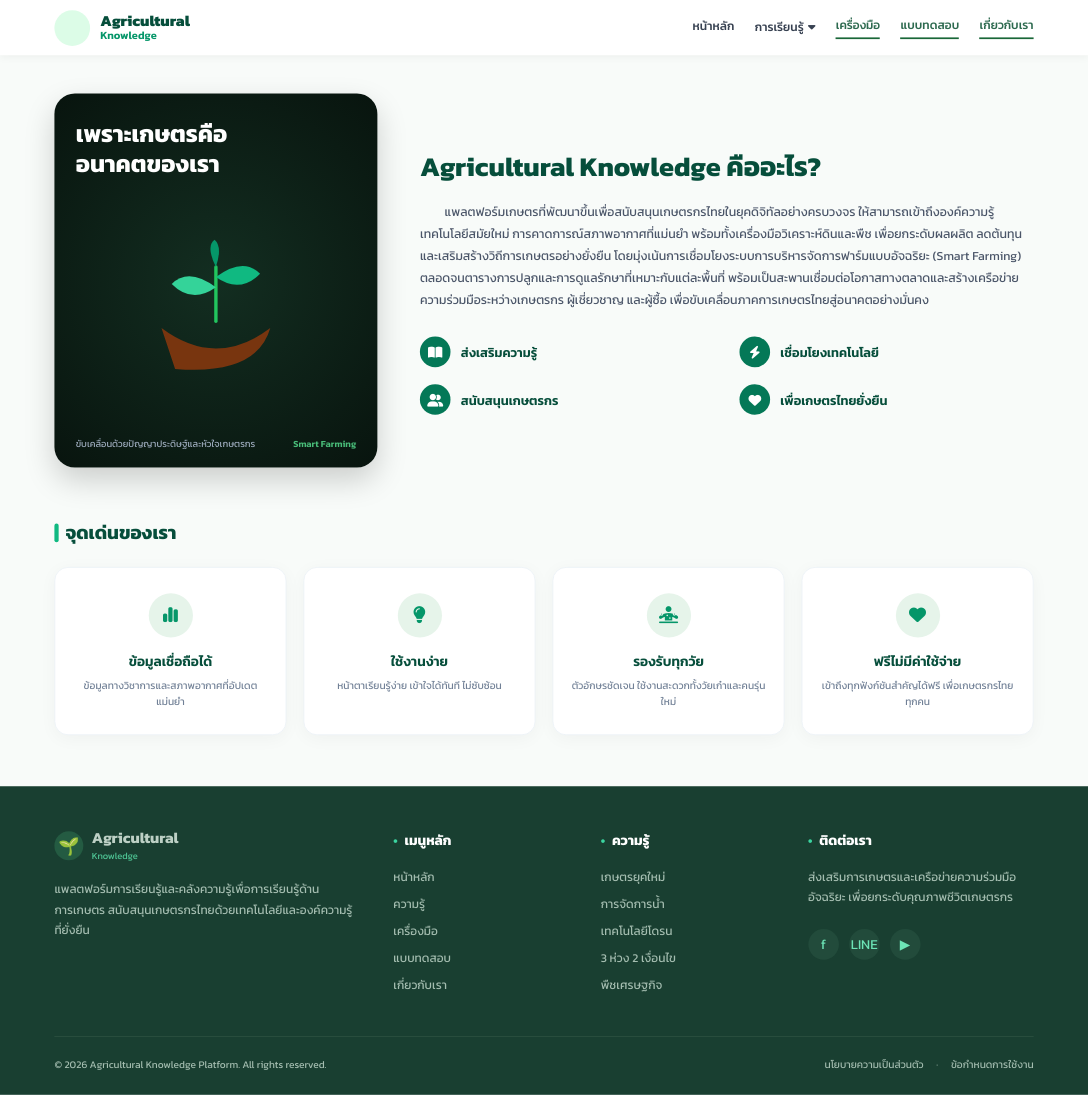
Repository: nuwat-wa/Project-WebdesignAG
Page: ag2.html
These files come from the project's save history. The page is drawn as it stood at one moment and after a run of saves; the edit follows.
The browser window is 1280 px wide. The pictures show the whole page, at 85% of full size.

Above is the page before, as saved 2026-09-30 19:01:30.

### ag2.html
<!doctype html>
<html lang="en">
  <head>
    <meta charset="UTF-8" />
    <meta name="viewport" content="width=device-width, initial-scale=1.0" />
    <title>Agricultural Knowledge</title>
    <link
      rel="stylesheet"
      href="https://cdnjs.cloudflare.com/ajax/libs/font-awesome/6.7.2/css/all.min.css"
    />
    <link rel="stylesheet" href="style/ag2.css" />
  </head>
  <body>
    <header class="header">
      <div class="logo">
        <div class="logo-icon">
          <i class=""></i>
        </div>
        <div class="brand-text">
          <h1 class="title">Agricultural</h1>
          <span class="subtitle">Knowledge</span>
        </div>
      </div>

      <input type="checkbox" id="menu-toggle" class="menu-toggle" />

      <label for="menu-toggle" class="hamburger">
        <span></span>
        <span></span>
        <span></span>
      </label>

      <nav class="nav-links">
        <a href="#">หน้าหลัก</a>

        <div class="dropdown-hover">
          <a href="#" class="dropdown-btn active"
            >การเรียนรู้ <i class="fa-solid fa-caret-down"></i
          ></a>

          <div class="menu-level1">
            <!-- มือใหม่ -->
            <div class="menu-item-has-children">
              <a href="#">มือใหม่ <i class="fa-solid fa-caret-right"></i></a>
              <div class="menu-level2">
                <a href="ag4.html">เกษตรสมัยใหม่</a>
                <a href="ag5.html">ปลูกข้าว</a>
                <a href="ag6.html">พืชสวน</a>
                <a href="ag7.html">พืชไร่</a>
                <a href="ag8.html">ปลูกผัก</a>
                <a href="ag9.html">การเตรียมดิน</a>
                <a href="#">การเลือกปุ๋ย</a>
                <a href="#">โรคศัตรูพืช</a>
              </div>
            </div>

            <!-- ผู้มีพื้นฐาน -->
            <div class="menu-item-has-children">
              <a href="#"
                >ผู้มีพื้นฐาน <i class="fa-solid fa-caret-right"></i
              ></a>
              <div class="menu-level2">
                <a href="#">เทคโนโลยีการเกษตร</a>
                <a href="#">การวางแผนการผลิต</a>
                <a href="#">AI / Big Data</a>
                <a href="ag10.html">ระบบน้ำอัจฉริยะ</a>
                <a href="#">การจัดการต้นทุน</a>
              </div>
            </div>

            <a href="ag3.html">หลักการพอเพียง</a>
            <a href="#">เรื่องเล่า</a>
            <a href="#">บทความ</a>

          </div>
        </div>

        <a href="#" class="active">เครื่องมือ</a>
        <a href="#" class="active">แบบทดสอบ</a>
        <a href="ag2.html" class="active">เกี่ยวกับเรา</a>
      </nav>
    </header>

    <div class="container">
      <!-- About Section -->
      <section class="about-section">
        <!-- Left Poster/Card -->
        <div class="poster-card">
          <div class="poster-content">
            <h2 class="poster-title">เพราะเกษตรคือ<br />อนาคตของเรา</h2>
            <div class="plant-illustration">
              <svg
                viewBox="0 0 200 220"
                width="160"
                height="176"
                fill="none"
                xmlns="http://www.w3.org/2000/svg"
              >
                <path
                  d="M100 130 V50"
                  stroke="#22c55e"
                  stroke-width="5"
                  stroke-linecap="round"
                />
                <path
                  d="M100 80 Q60 50 35 75 Q65 105 100 80 Z"
                  fill="#34d399"
                />
                <path
                  d="M100 65 Q140 35 165 60 Q135 90 100 65 Z"
                  fill="#10b981"
                />
                <path
                  d="M100 50 Q85 20 98 10 Q110 20 100 50 Z"
                  fill="#059669"
                />
                <path
                  d="M20 140 Q100 200 180 140 Q160 210 40 200 Z"
                  fill="#78350f"
                />
              </svg>
            </div>
            <div class="poster-footer">
              <span class="sub-text"
                >ขับเคลื่อนด้วยปัญญาประดิษฐ์และหัวใจเกษตรกร</span
              >
              <span class="badge">Smart Farming</span>
            </div>
          </div>
        </div>

        <!-- Right Content Info -->
        <div class="info-content">
          <h1 class="main-title">
            Agricultural Knowledge <span>คืออะไร?</span>
          </h1>
          <p class="description">
            แพลตฟอร์มเกษตรที่พัฒนาขึ้นเพื่อสนับสนุนเกษตรกรไทยในยุคดิจิทัลอย่างครบวงจร
            ให้สามารถเข้าถึงองค์ความรู้ เทคโนโลยีสมัยใหม่
            การคาดการณ์สภาพอากาศที่แม่นยำ พร้อมทั้งเครื่องมือวิเคราะห์ดินและพืช
            เพื่อยกระดับผลผลิต ลดต้นทุน และเสริมสร้างวิถีการเกษตรอย่างยั่งยืน
            โดยมุ่งเน้นการเชื่อมโยงระบบการบริหารจัดการฟาร์มแบบอัจฉริยะ (Smart
            Farming) ตลอดจนตารางการปลูกและการดูแลรักษาที่เหมาะกับแต่ละพื้นที่
            พร้อมเป็นสะพานเชื่อมต่อโอกาสทางตลาดและสร้างเครือข่ายความร่วมมือระหว่างเกษตรกร
            ผู้เชี่ยวชาญ และผู้ซื้อ
            เพื่อขับเคลื่อนภาคการเกษตรไทยสู่อนาคตอย่างมั่นคง
          </p>

          <!-- Feature List 2x2 Grid -->
          <div class="feature-grid">
            <div class="feature-item">
              <div class="icon-circle">
                <i class="fa-solid fa-book-open"></i>
              </div>
              <span>ส่งเสริมความรู้</span>
            </div>
            <div class="feature-item">
              <div class="icon-circle">
                <i class="fa-solid fa-bolt"></i>
              </div>
              <span>เชื่อมโยงเทคโนโลยี</span>
            </div>
            <div class="feature-item">
              <div class="icon-circle">
                <i class="fa-solid fa-user-group"></i>
              </div>
              <span>สนับสนุนเกษตรกร</span>
            </div>
            <div class="feature-item">
              <div class="icon-circle">
                <i class="fa-solid fa-heart"></i>
              </div>
              <span>เพื่อเกษตรไทยยั่งยืน</span>
            </div>
          </div>
        </div>
      </section>

      <!-- Highlights Section (จุดเด่นของเรา) -->
      <section class="highlights-section">
        <h2 class="section-title">จุดเด่นของเรา</h2>

        <div class="cards-grid">
          <!-- Card 1 -->
          <div class="highlight-card">
            <div class="card-icon-bg">
              <i class="fa-solid fa-chart-simple"></i>
            </div>
            <h3>ข้อมูลเชื่อถือได้</h3>
            <p>ข้อมูลทางวิชาการและสภาพอากาศที่อัปเดตแม่นยำ</p>
          </div>

          <!-- Card 2 -->
          <div class="highlight-card">
            <div class="card-icon-bg">
              <i class="fa-solid fa-lightbulb"></i>
            </div>
            <h3>ใช้งานง่าย</h3>
            <p>หน้าตาเรียนรู้ง่าย เข้าใจได้ทันที ไม่ซับซ้อน</p>
          </div>

          <!-- Card 3 -->
          <div class="highlight-card">
            <div class="card-icon-bg">
              <i class="fa-solid fa-person-dots-from-line"></i>
            </div>
            <h3>รองรับทุกวัย</h3>
            <p>ตัวอักษรชัดเจน ใช้งานสะดวกทั้งวัยเก๋าและคนรุ่นใหม่</p>
          </div>

          <!-- Card 4 -->
          <div class="highlight-card">
            <div class="card-icon-bg">
              <i class="fa-solid fa-heart"></i>
            </div>
            <h3>ฟรีไม่มีค่าใช้จ่าย</h3>
            <p>เข้าถึงทุกฟังก์ชันสำคัญได้ฟรี เพื่อเกษตรกรไทยทุกคน</p>
          </div>
        </div>
      </section>
    </div>

    <footer class="site-footer">
      <div class="footer-top">
        <!-- โลโก้และคำอธิบาย -->
        <div class="footer-about">
          <div class="footer-logo">
            <span class="footer-logo-icon">🌱</span>

            <div>
              <strong>Agricultural</strong>
              <small>Knowledge</small>
            </div>
          </div>

          <p>
            แพลตฟอร์มการเรียนรู้และคลังความรู้เพื่อการเรียนรู้ด้านการเกษตร
            สนับสนุนเกษตรกรไทยด้วยเทคโนโลยีและองค์ความรู้ที่ยั่งยืน
          </p>
        </div>

        <!-- เมนูหลัก -->
        <div class="footer-column">
          <h3>เมนูหลัก</h3>

          <ul>
            <li><a href="home.html">หน้าหลัก</a></li>
            <li><a href="knowledge.html">ความรู้</a></li>
            <li><a href="tools.html">เครื่องมือ</a></li>
            <li><a href="quiz.html">แบบทดสอบ</a></li>
            <li><a href="about.html">เกี่ยวกับเรา</a></li>
          </ul>
        </div>

        <!-- หมวดความรู้ -->
        <div class="footer-column">
          <h3>ความรู้</h3>

          <ul>
            <li><a href="modern-farming.html">เกษตรยุคใหม่</a></li>
            <li><a href="water.html">การจัดการน้ำ</a></li>
            <li><a href="drone.html">เทคโนโลยีโดรน</a></li>
            <li><a href="sufficiency.html">3 ห่วง 2 เงื่อนไข</a></li>
            <li><a href="crops.html">พืชเศรษฐกิจ</a></li>
          </ul>
        </div>

        <!-- ติดต่อ -->
        <div class="footer-contact">
          <h3>ติดต่อเรา</h3>

          <p>
            ส่งเสริมการเกษตรและเครือข่ายความร่วมมืออัจฉริยะ
            เพื่อยกระดับคุณภาพชีวิตเกษตรกร
          </p>

          <!-- ใส่ URL ของช่องทางจริงใน href -->
          <div class="footer-social">
            <a href="#" aria-label="Facebook">f</a>
            <a href="#" class="social-line" aria-label="LINE">LINE</a>
            <a href="#" aria-label="YouTube">▶</a>
          </div>
        </div>
      </div>

      <!-- ส่วนล่าง -->
      <div class="footer-bottom">
        <p>© 2026 Agricultural Knowledge Platform. All rights reserved.</p>

        <div class="footer-policy">
          <a href="privacy.html">นโยบายความเป็นส่วนตัว</a>
          <span>·</span>
          <a href="terms.html">ข้อกำหนดการใช้งาน</a>
        </div>
      </div>
    </footer>
  </body>
</html>

### style/ag2.css
@import url("https://fonts.googleapis.com/css2?family=Kanit:wght@300;400;500;600;700;800&display=swap");

* {
  margin: 0;
  padding: 0;
  box-sizing: border-box;
  font-family: "Kanit", sans-serif;
}

html {
  scroll-behavior: smooth;
  scrollbar-width: none;
}

html::-webkit-scrollbar {
  display: none;
}

body {
  background: #f8fbf9;
  color: #111827;
  overflow-x: hidden;
}

/* header */
.header {
  position: fixed;
  top: 0;
  left: 0;
  z-index: 1000;
  width: 100%;
  height: 65px;
  padding: 0 5%;
  background: #fff;
  display: flex;
  align-items: center;
  justify-content: space-between;
  box-shadow: 0 2px 10px rgba(0, 0, 0, 0.05);
}

.logo {
  display: flex;
  align-items: center;
  gap: 12px;
}

.logo-icon {
  width: 42px;
  height: 42px;
  border-radius: 50%;
  background: #dcfce7;
  color: #15803d;
  display: flex;
  align-items: center;
  justify-content: center;
  font-size: 18px;
}

.brand-text {
  display: flex;
  flex-direction: column;
}

.title {
  color: #064e3b;
  font-size: 18px;
  font-weight: 800;
  line-height: 0.95;
}

.subtitle {
  margin-top: 2px;
  color: #059669;
  font-size: 13px;
  font-weight: 600;
  line-height: 1.1;
}

/* nav */
.nav-links {
  display: flex;
  align-items: center;
}

.nav-links > a,
.dropdown-btn {
  display: inline-flex;
  align-items: center;
  gap: 5px;
  margin-left: 24px;
  padding-bottom: 4px;
  color: #374151;
  text-decoration: none;
  font-size: 14px;
  font-weight: 500;
  transition: 0.2s;
}

.nav-links > a:hover,
.nav-links > a.active,
.dropdown-btn:hover {
  color: #2d6a4f;
  border-bottom: 2px solid #196738;
}

/* dropdown */
.dropdown-hover {
  position: relative;
}

.menu-level1,
.menu-level2 {
  position: absolute;
  display: none;
  min-width: 180px;
  padding: 0;
  background: #fff;
  border-radius: 8px;
  box-shadow: 0 4px 12px rgba(0, 0, 0, 0.15);
}

.menu-level1 {
  top: 100%;
  left: 0;
  border-left: 4px solid #2d6a4f;
}

.menu-level2 {
  top: 0;
  left: 100%;
  border-left: 4px solid #28a745;
}

.dropdown-hover:hover > .menu-level1,
.menu-item-has-children:hover > .menu-level2 {
  display: block;
}

.menu-item-has-children {
  position: relative;
}

.menu-level1 a,
.menu-level2 a {
  width: 100%;
  margin: 0;
  padding: 10px 20px;
  display: flex;
  align-items: center;
  justify-content: space-between;
  color: #333;
  text-decoration: none;
  border-radius: 8px;
}

.menu-level1 a:hover,
.menu-level2 a:hover {
  background: #f0f4f8;
  color: #2d6a4f;
}

/* mobile menu */
.menu-toggle {
  display: none;
}

.hamburger {
  display: none;
}

/* main container */
.container {
  width: 100%;
  max-width: none;
  margin: 0;
  padding: 110px 5% 60px;
}

/* about */
.about-section {
  display: flex;
  align-items: center;
  gap: 50px;
  margin-bottom: 60px;
}

.poster-card {
  width: 380px;
  height: 440px;
  flex-shrink: 0;
  padding: 30px 25px 20px;
  background: radial-gradient(circle at center, #132e21 0%, #08140e 100%);
  border-radius: 24px;
  box-shadow: 0 15px 35px rgba(0, 0, 0, 0.18);
}

.poster-content {
  height: 100%;
  display: flex;
  flex-direction: column;
  justify-content: space-between;
  color: #fff;
}

.poster-title {
  color: #fff;
  font-size: 28px;
  font-weight: 700;
  line-height: 1.25;
}

.plant-illustration {
  display: flex;
  align-items: center;
  justify-content: center;
  margin: 10px 0;
}

.poster-footer {
  display: flex;
  align-items: flex-end;
  justify-content: space-between;
  color: #a0aec0;
  font-size: 11px;
}

.poster-footer .badge {
  color: #48bb78;
  font-weight: 600;
}

/* about information */
.info-content {
  flex: 1;
  min-width: 0;
}

.main-title {
  margin-bottom: 16px;
  color: #064e3b;
  font-size: 32px;
  font-weight: 700;
}

.main-title span {
  color: #064e3b;
}

.description {
  margin-bottom: 30px;
  color: #4a5568;
  font-size: 14.5px;
  line-height: 1.8;
  text-indent: 2em;
}

/* feature */
.feature-grid {
  display: grid;
  grid-template-columns: 1fr 1fr;
  gap: 20px 30px;
}

.feature-item {
  display: flex;
  align-items: center;
  gap: 12px;
  color: #064e3b;
  font-size: 15px;
  font-weight: 600;
}

.icon-circle {
  width: 36px;
  height: 36px;
  flex-shrink: 0;
  border-radius: 50%;
  background: #047857;
  color: #fff;
  display: flex;
  align-items: center;
  justify-content: center;
  font-size: 15px;
}

/* highlights */
.highlights-section {
  margin-top: 20px;
}

.section-title {
  display: flex;
  align-items: center;
  gap: 8px;
  margin-bottom: 24px;
  color: #064e3b;
  font-size: 22px;
  font-weight: 700;
}

.section-title::before {
  content: "";
  width: 5px;
  height: 22px;
  background: #10b981;
  border-radius: 4px;
}

.cards-grid {
  display: grid;
  grid-template-columns: repeat(4, 1fr);
  gap: 20px;
}

.highlight-card {
  padding: 30px 20px;
  background: #fff;
  border: 1px solid #edf2f7;
  border-radius: 16px;
  text-align: center;
  box-shadow: 0 4px 20px rgba(0, 0, 0, 0.04);
  transition: 0.2s;
}

.highlight-card:hover {
  transform: translateY(-5px);
  box-shadow: 0 8px 25px rgba(0, 0, 0, 0.08);
}

.card-icon-bg {
  width: 52px;
  height: 52px;
  margin: 0 auto 16px;
  border-radius: 50%;
  background: #e6f4ea;
  color: #059669;
  display: flex;
  align-items: center;
  justify-content: center;
  font-size: 20px;
}

.highlight-card h3 {
  margin-bottom: 8px;
  color: #064e3b;
  font-size: 16px;
  font-weight: 600;
}

.highlight-card p {
  color: #718096;
  font-size: 12px;
  line-height: 1.5;
}

/* footer */
.site-footer {
  width: 100%;
  padding: 50px 5% 25px;
  background: #193f31;
  color: #a4bdb0;
  font-size: 14px;
  line-height: 1.7;
}

.site-footer a {
  color: #a4bdb0;
  text-decoration: none;
}

.site-footer a:hover {
  color: #65dfb0;
}

.footer-top,
.footer-bottom {
  width: 100%;
  max-width: none;
  margin: 0;
}

.footer-top {
  display: flex;
  justify-content: space-between;
  gap: 45px;
}

.footer-about {
  flex: 1.6;
  min-width: 0;
}

.footer-column {
  flex: 0.9;
  min-width: 0;
}

.footer-contact {
  flex: 1.2;
  min-width: 0;
}

.footer-logo {
  display: flex;
  align-items: center;
  gap: 10px;
  margin-bottom: 20px;
}

.footer-logo-icon {
  width: 34px;
  height: 34px;
  border-radius: 50%;
  background: #245b42;
  display: flex;
  align-items: center;
  justify-content: center;
  font-size: 20px;
}

.footer-logo strong {
  display: block;
  color: #bdd0c5;
  font-size: 18px;
  line-height: 1.2;
}

.footer-logo small {
  display: block;
  color: #50c998;
  font-size: 11px;
}

.site-footer h3 {
  margin-bottom: 18px;
  color: #fff;
  font-size: 16px;
}

.site-footer h3::before {
  content: "•";
  margin-right: 8px;
  color: #3bd4a0;
}

.site-footer ul {
  padding: 0;
  list-style: none;
}

.site-footer li {
  margin-bottom: 8px;
}

.footer-social {
  display: flex;
  gap: 12px;
  margin-top: 25px;
}

.footer-social a {
  width: 36px;
  height: 36px;
  border-radius: 50%;
  background: #224b3b;
  color: #6ce4b6 !important;
  display: flex;
  align-items: center;
  justify-content: center;
  font-size: 16px;
}

.footer-social a:hover {
  background: #30634e;
}

.footer-bottom {
  display: flex;
  align-items: center;
  justify-content: space-between;
  gap: 20px;
  margin-top: 40px;
  padding-top: 22px;
  border-top: 1px solid #2b5140;
  font-size: 12px;
}

.footer-policy {
  display: flex;
  gap: 15px;
}

/* tablet */
@media (max-width: 1024px) {
  .nav-links > a,
  .dropdown-btn {
    margin-left: 15px;
  }

  .about-section {
    gap: 30px;
  }

  .poster-card {
    width: 330px;
  }

  .cards-grid {
    grid-template-columns: repeat(2, 1fr);
  }
}

/* mobile */
@media (max-width: 768px) {
  .header {
    height: 60px;
    padding: 0 5%;
  }

  .hamburger {
    width: 38px;
    height: 38px;
    display: flex;
    align-items: center;
    justify-content: center;
    flex-direction: column;
    gap: 5px;
    cursor: pointer;
  }

  .hamburger span {
    width: 22px;
    height: 2px;
    background: #064e3b;
    border-radius: 5px;
    transition: 0.25s;
  }

  .menu-toggle:checked + .hamburger span:nth-child(1) {
    transform: translateY(7px) rotate(45deg);
  }

  .menu-toggle:checked + .hamburger span:nth-child(2) {
    opacity: 0;
  }

  .menu-toggle:checked + .hamburger span:nth-child(3) {
    transform: translateY(-7px) rotate(-45deg);
  }

  .nav-links {
    position: absolute;
    top: 60px;
    left: 0;
    width: 100%;
    padding: 10px 5% 15px;
    background: #fff;
    display: none;
    flex-direction: column;
    align-items: stretch;
    box-shadow: 0 8px 20px rgba(0, 0, 0, 0.08);
  }

  .menu-toggle:checked ~ .nav-links {
    display: flex;
  }

  .nav-links > a {
    width: 100%;
    margin: 0 !important;
    padding: 12px 10px;
    border-bottom: 1px solid #eee;
  }

  .dropdown-hover {
    width: 100%;
  }

  .dropdown-hover > .dropdown-btn {
    width: 100%;
    margin: 0 !important;
    padding: 12px 10px;
    justify-content: space-between;
  }

  .menu-level1,
  .menu-level2 {
    position: static;
    width: 100%;
    min-width: 0;
    border-radius: 0;
    box-shadow: none;
  }

  .menu-level1 {
    border-left: 3px solid #2d6a4f;
    background: #f8faf9;
  }

  .menu-level2 {
    border-left: 3px solid #28a745;
    background: #fff;
  }

  .dropdown-hover:hover > .menu-level1,
  .menu-item-has-children:hover > .menu-level2 {
    display: block;
  }

  .container {
    padding: 90px 5% 45px;
  }

  .about-section {
    flex-direction: column;
    align-items: stretch;
    gap: 30px;
    margin-bottom: 45px;
  }

  .poster-card {
    width: 100%;
    height: 400px;
  }

  .main-title {
    font-size: 27px;
  }

  .description {
    font-size: 13.5px;
  }

  .feature-grid {
    gap: 15px;
  }

  .feature-item {
    font-size: 13px;
  }

  .cards-grid {
    grid-template-columns: 1fr 1fr;
    gap: 15px;
  }

  .highlight-card {
    padding: 24px 15px;
  }

  .footer-top {
    flex-wrap: wrap;
    gap: 30px;
  }

  .footer-about,
  .footer-column,
  .footer-contact {
    flex: 1 1 45%;
  }

  .footer-bottom {
    flex-direction: column;
    align-items: flex-start;
  }

  .footer-policy {
    flex-wrap: wrap;
  }
}

/* small mobile */
@media (max-width: 480px) {
  .header {
    height: 58px;
  }

  .nav-links {
    top: 58px;
  }

  .logo-icon {
    width: 36px;
    height: 36px;
  }

  .title {
    font-size: 16px;
  }

  .subtitle {
    font-size: 11px;
  }

  .container {
    padding: 85px 5% 35px;
  }

  .poster-card {
    height: 360px;
    padding: 25px 20px;
  }

  .poster-title {
    font-size: 24px;
  }

  .main-title {
    font-size: 23px;
  }

  .description {
    font-size: 12.5px;
    line-height: 1.7;
  }

  .feature-grid {
    grid-template-columns: 1fr;
  }

  .section-title {
    font-size: 19px;
  }

  .cards-grid {
    grid-template-columns: 1fr;
  }

  .site-footer {
    padding: 35px 5% 20px;
    font-size: 12px;
  }

  .footer-top {
    flex-direction: column;
    gap: 25px;
  }

  .footer-about,
  .footer-column,
  .footer-contact {
    flex: none;
    width: 100%;
  }

  .footer-bottom {
    margin-top: 28px;
    padding-top: 18px;
    font-size: 11px;
  }
}

After the next 2 saves:
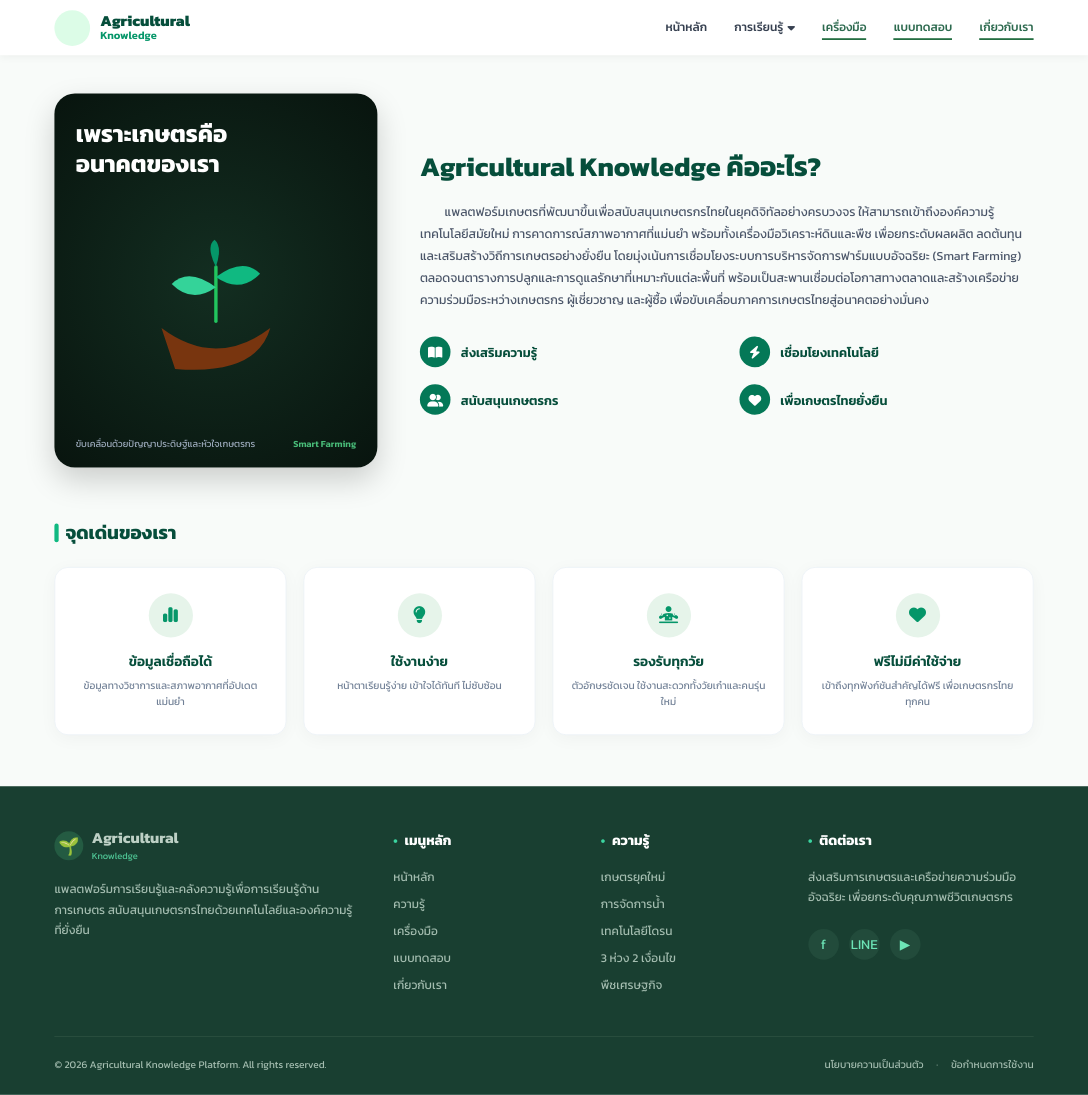
The 2 saves are shown as one change because they came seconds apart.
The last was saved 86 s later.
--- a/style/ag2.css
+++ b/style/ag2.css
@@ -78,29 +78,58 @@ body {
 
 /* nav */
 .nav-links {
-  display: flex;
-  align-items: center;
+  display: grid;
+  grid-template-columns: repeat(5, auto);
+  align-items: center;
+  justify-content: end;
+  gap: 32px;
 }
 
 .nav-links > a,
 .dropdown-btn {
+  position: relative;
   display: inline-flex;
   align-items: center;
+  justify-content: center;
   gap: 5px;
-  margin-left: 24px;
-  padding-bottom: 4px;
+  margin: 0;
+  padding: 4px 0;
+  border: 0;
+  background: none;
   color: #374151;
   text-decoration: none;
+  font-family: "Kanit", sans-serif;
   font-size: 14px;
   font-weight: 500;
-  transition: 0.2s;
+  white-space: nowrap;
+  cursor: pointer;
+  transition: color 0.2s;
+}
+
+.nav-links > a::after,
+.dropdown-btn::after {
+  content: "";
+  position: absolute;
+  left: 0;
+  bottom: 0;
+  width: 100%;
+  height: 2px;
+  background: #196738;
+  transform: scaleX(0);
+  transform-origin: center;
+  transition: transform 0.2s ease;
 }
 
 .nav-links > a:hover,
 .nav-links > a.active,
 .dropdown-btn:hover {
   color: #2d6a4f;
-  border-bottom: 2px solid #196738;
+}
+
+.nav-links > a:hover::after,
+.nav-links > a.active::after,
+.dropdown-btn:hover::after {
+  transform: scaleX(1);
 }
 
 /* dropdown */
